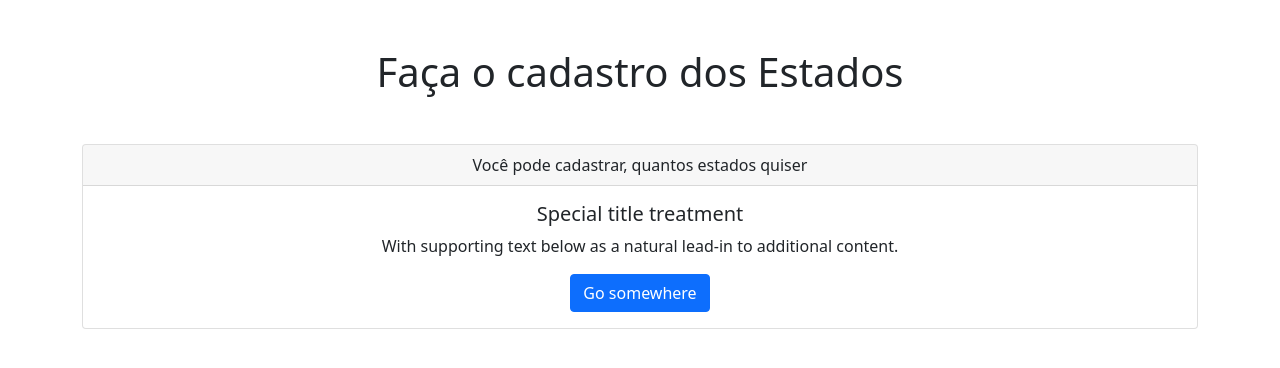
Repository: danielandradedasilva/ProjetoWebJava
Page: http://localhost/projetoweb/
The author's editor kept a copy of each file at every save. The page is drawn from the files as they stood at one save, then again after the next save.
The browser window is 1280 px wide. The pictures show the whole page.
The page is served by Tomcat 9.

Above is the page before, as saved 2021-05-10 01:51:18.

After the next save:
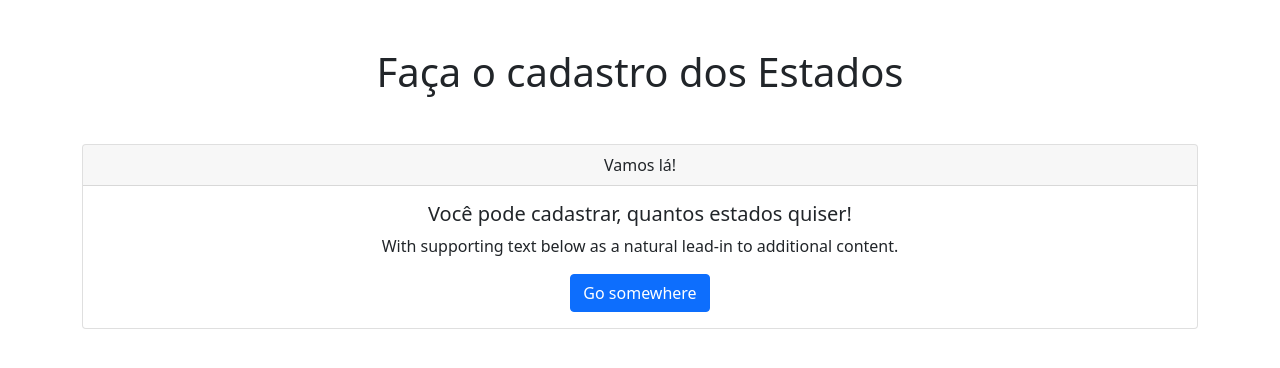
Saved 99 s later.
--- a/projetoweb/src/main/webapp/index.jsp
+++ b/projetoweb/src/main/webapp/index.jsp
@@ -19,10 +19,10 @@
 
 		<div class="card text-center">
 			<div class="card-header">
-			    Você pode cadastrar, quantos estados quiser
+			   Vamos lá!
 			</div>
 		 <div class="card-body">
-		    <h5 class="card-title">Special title treatment</h5>
+		    <h5 class="card-title"> Você pode cadastrar, quantos estados quiser!</h5>
 		    <p class="card-text">With supporting text below as a natural lead-in to additional content.</p>
 		    <a href="#" class="btn btn-primary">Go somewhere</a>
 		 </div>
